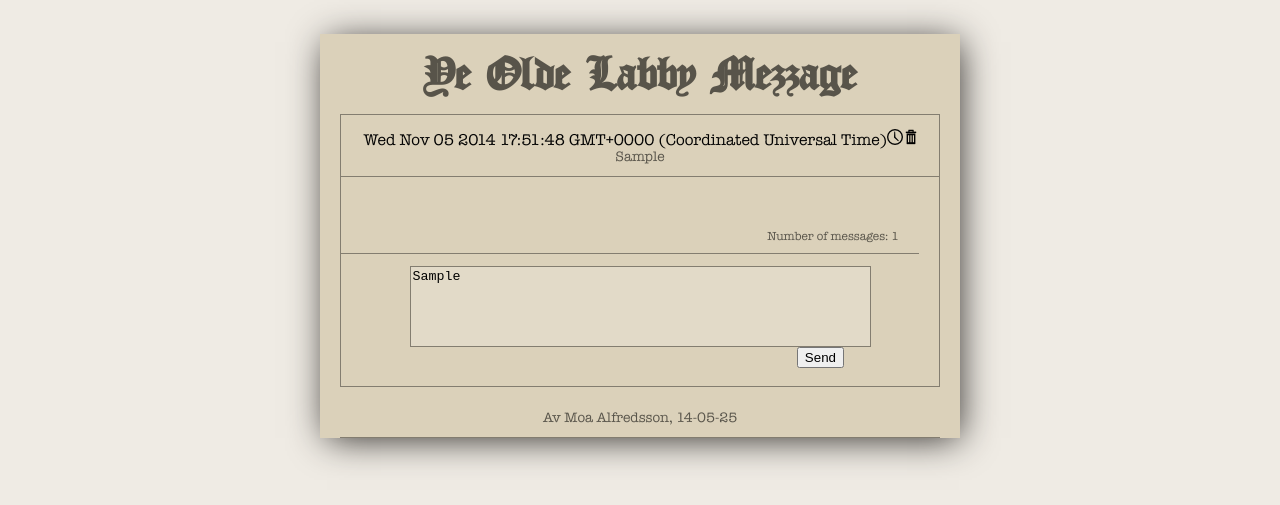
Repository: ma223md/1dv403-laborationer
Page: 2-labbymezzage/index.html
The author's editor kept a record of every edit. The page is drawn from the files as they stood at one moment, then again after the next edit.
The browser window is 1280 px wide. The pictures show the whole page.
Empty fields were first filled with sample values (such as "Sample", 5 or name@example.com).
After loading, the first visible `#button` was clicked once.

Above is the page before.

After the next edit:
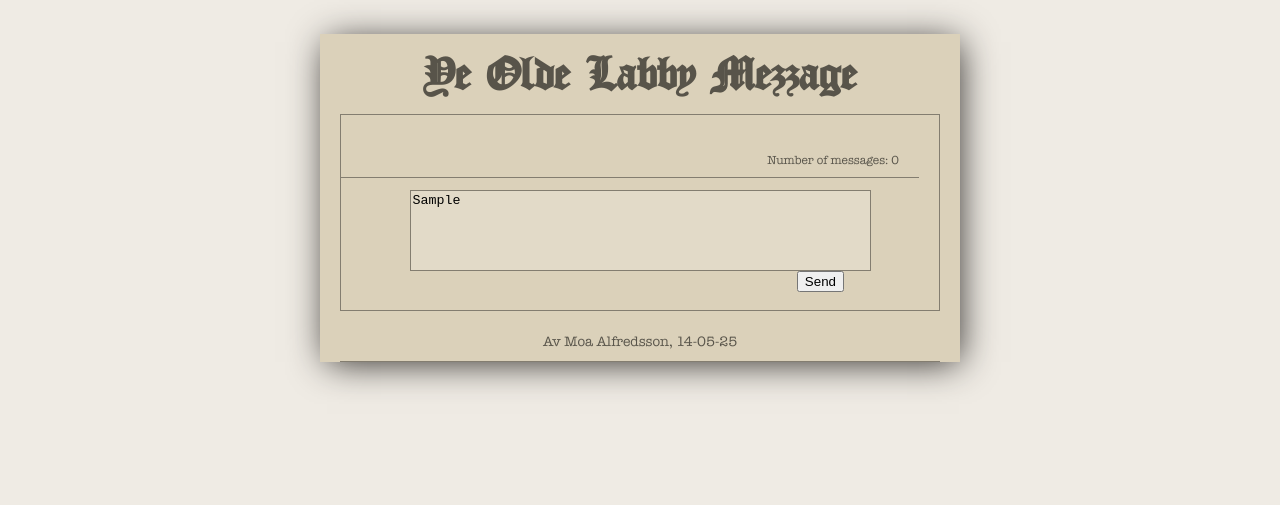
Console error: ReferenceError: dateText is not defined
The edit:
--- a/2-labbymezzage/js/message.js
+++ b/2-labbymezzage/js/message.js
@@ -31,6 +31,6 @@
         var currentDate = this.getDate();
         //dateText = currentDate.getHours() + ":" + currentDate.getMinutes() + ":" + currentDate.getSeconds();
 
-        return currentDate;
+        return dateText;
         //return this.getDate().toLocalTimeString();
     };

After the 2 edits that followed:
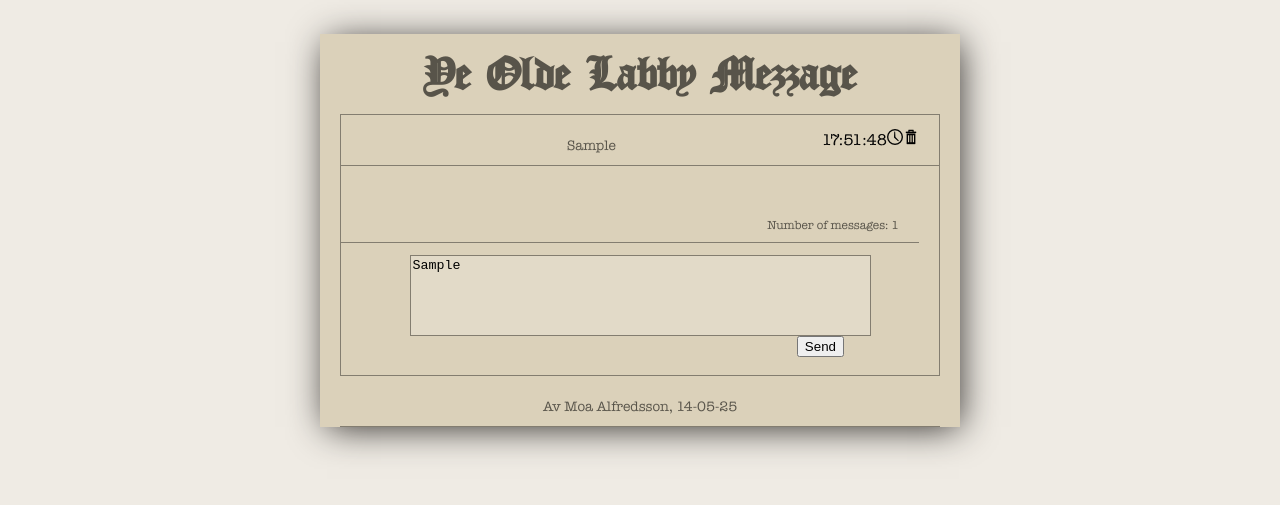
The error is gone.
The 2 edits are shown as one change because 1 left the picture as it was.
The edit:
--- a/2-labbymezzage/js/message.js
+++ b/2-labbymezzage/js/message.js
@@ -28,8 +28,9 @@
     };
 
     Message.prototype.getDateText = function() {
-        var currentDate = this.getDate();
-        //dateText = currentDate.getHours() + ":" + currentDate.getMinutes() + ":" + currentDate.getSeconds();
+        var currentDate = this.getDate(),
+        //dateText = currentDate.toLocalTimeString();
+        dateText = currentDate.getHours() + ":" + currentDate.getMinutes() + ":" + currentDate.getSeconds();
 
         return dateText;
         //return this.getDate().toLocalTimeString();
